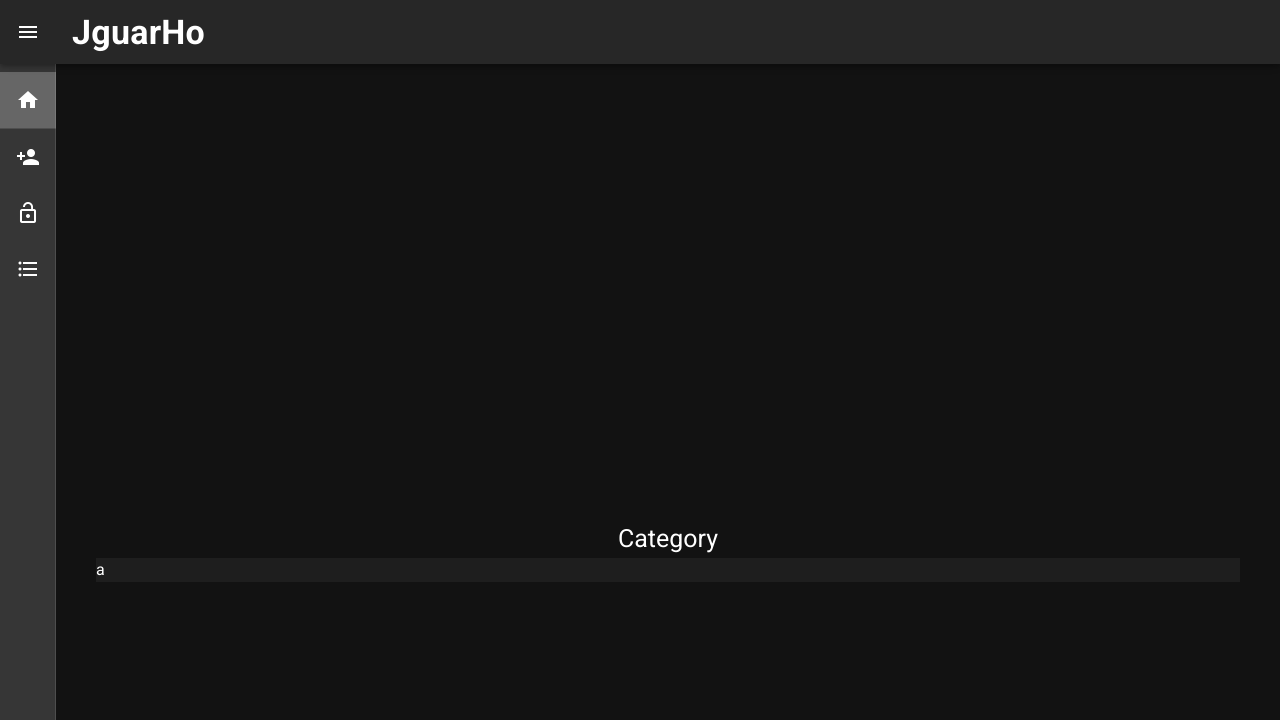
Repository: agent501/MRMS
Page: /
The author's editor kept a copy of each file at every save. The page is drawn from the files as they stood at one save, then again after the next save.
The browser window is 1280 px wide. The pictures show the whole page.
The page's requests for data from a server got no answer. The project was rebuilt for these pictures with package versions that can differ from the ones it lists, and the page was loaded fresh each time. No one was signed in, and anything a server would have sent is missing. Also part of the build but not shown: vue.config.js, src/components/Product/products.vue, src/components/Product/product.vue, src/components/Product/createproduct.vue, src/components/User/signin.vue, src/components/User/signup.vue, src/components/User/profile.vue, src/components/Shared/Alert.vue and 2 more. Imported but missing from the stored project, and not drawn on this page: src/router/auth-guard.js.

Above is the page before, as saved 2020-08-05 11:29:06.

After the next save:
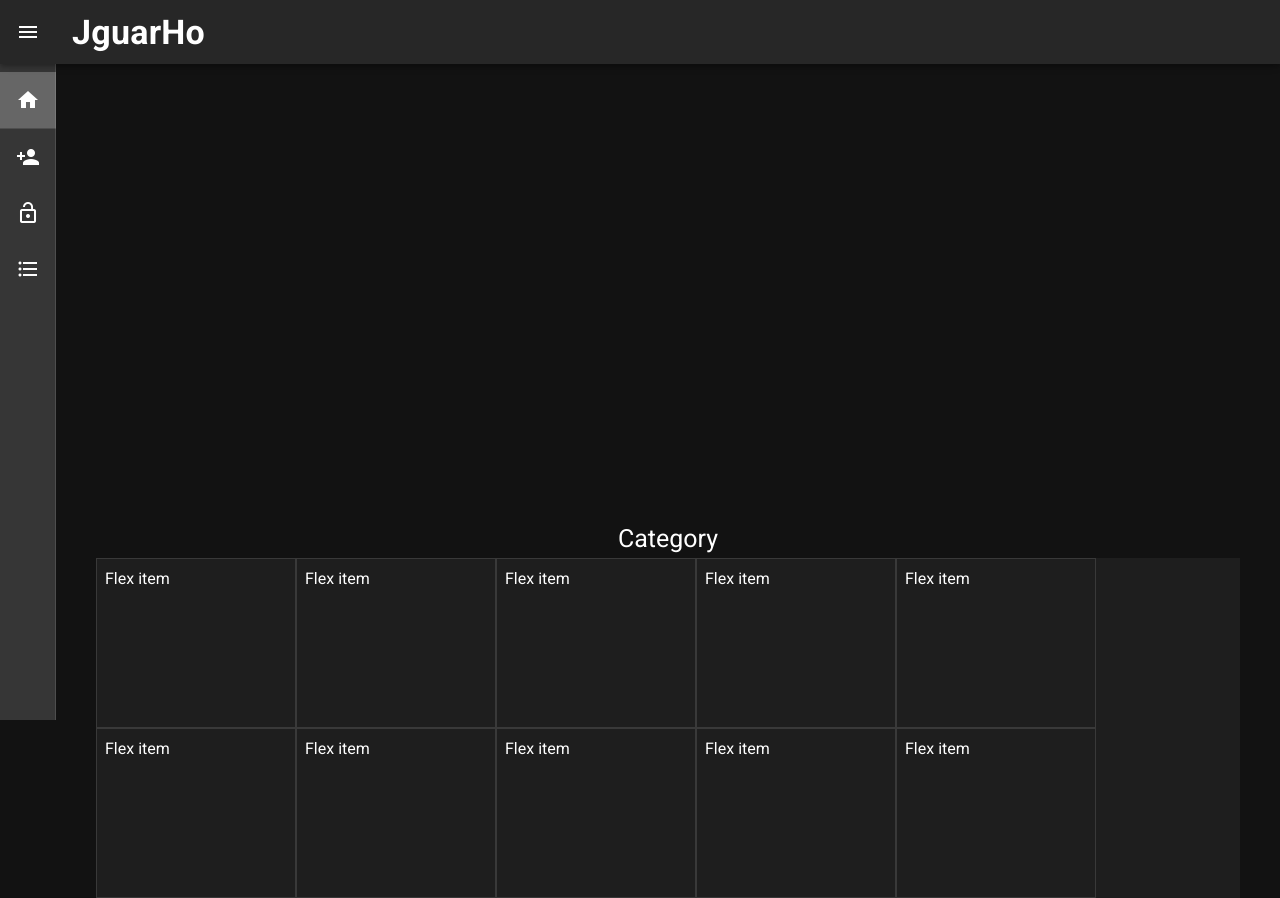
Saved 9 s later.
--- a/src/components/Home.vue
+++ b/src/components/Home.vue
@@ -37,7 +37,7 @@
       <div class="mt-10 text-center" style="font-size:25px">Category</div>
 
       <v-card class="d-flex flex-wrap mx-auto" width="1200" flat tile>
-        <!-- <v-card
+        <v-card
           v-for="n in 10"
           :key="n"
           class="pa-2"
@@ -45,8 +45,7 @@
           height="170"
           outlined
           tile
-        >Flex item</v-card>-->
-        a
+        >Flex item</v-card>
       </v-card>
     </div>
   </div>
